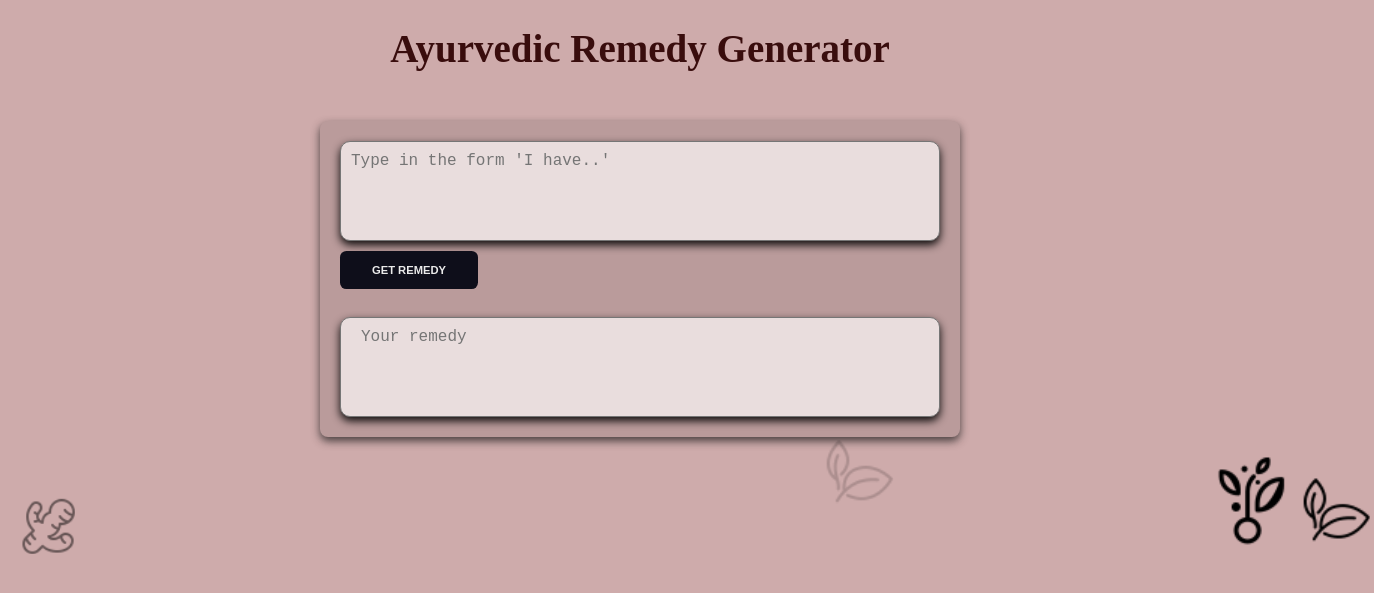
Repository: krutarthh/Ayurvedic-Remedy
Page: index.html
An editor plug-in stored every save of this project. The page is shown before and after the next save, followed by the edit.
The browser window is 1280 px wide. The page is 1374 px wide, so the pictures cover 1374 px, including what lies to the right of the window. The pictures show the whole page.

Above is the page before, as saved 2024-04-10 15:34:11.

After the next save:
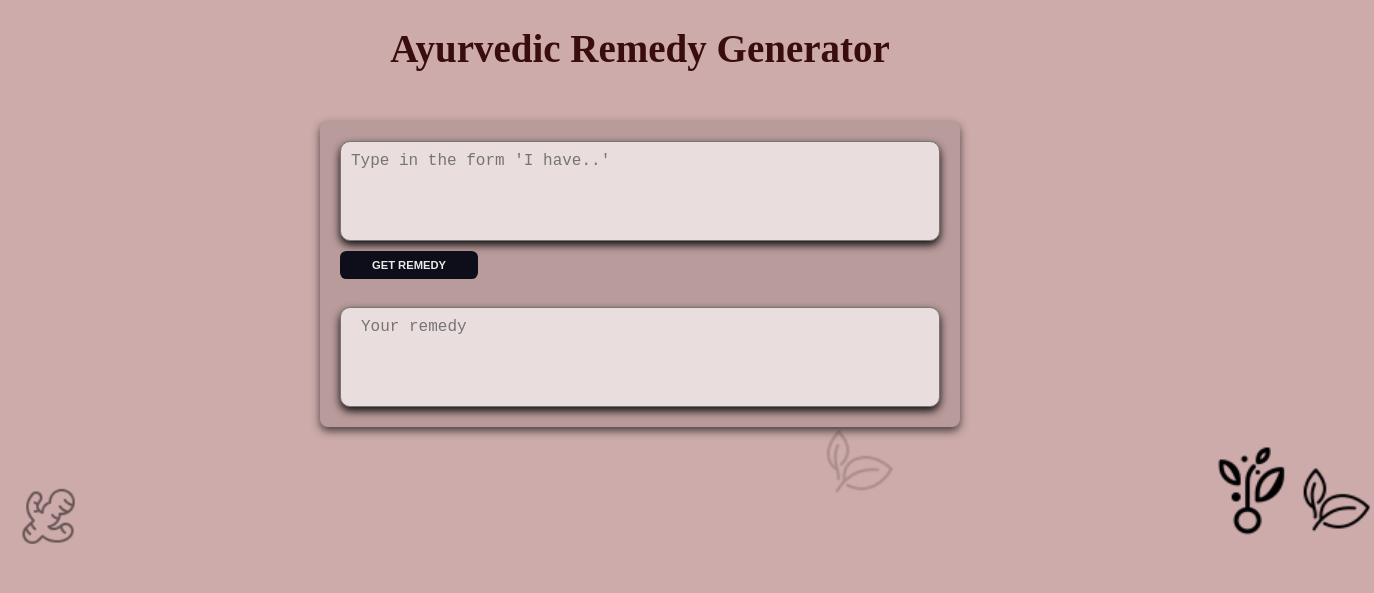
Saved 6 s later.
--- a/app.css
+++ b/app.css
@@ -129,7 +129,7 @@ background-color: #e9dddd;
 
   #Send {
     font-size: 0.7rem; /* Decrease the font size to make the button smaller */
-    padding: 0.8rem 2rem; /* Adjust the padding to make the button smaller */
+    padding: 0.5rem 2rem; /* Adjust the padding to make the button smaller */
     border: none;
     outline: none;
     border-radius: 0.4rem;
